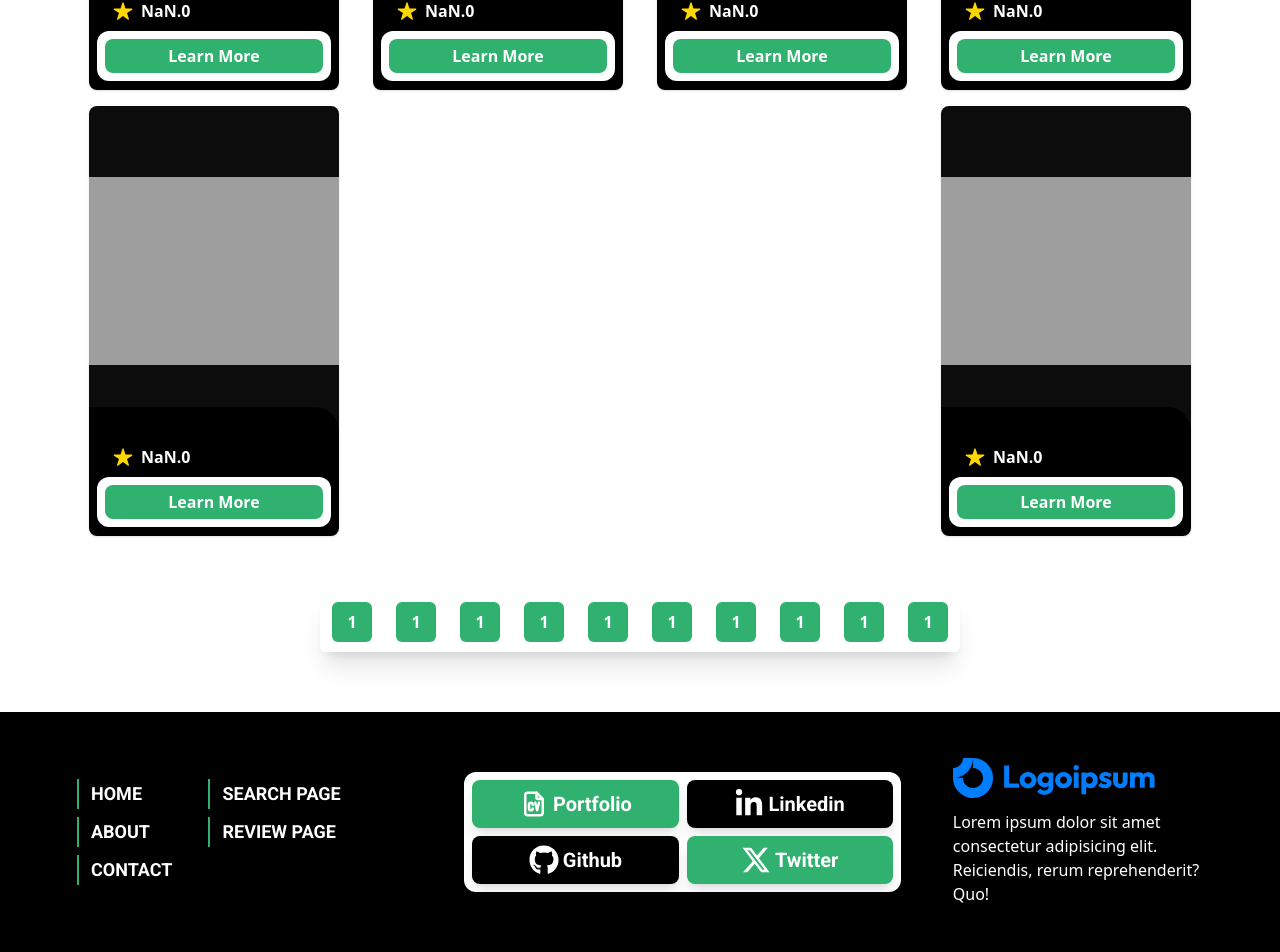
Repository: jayantatech/FrameFlick
Page: /movies
These files come from the project's save history. The page is drawn as it stood at one moment and after a run of saves; the edit follows.
The browser window is 1280 px wide. The pictures show the part of the page from y = 1136 to 2088 px (the page is 2088 px tall).
Pictures or frames that could not be fetched are drawn as grey boxes. The page's requests for data from a server got no answer. The project was rebuilt for these pictures with package versions that can differ from the ones it lists, and the page was loaded fresh each time. No one was signed in, and anything a server would have sent is missing. Also part of the build but not shown: vite.config.js, src/components/header/SearchBar.jsx, src/components/sliderComponent/button.css, src/components/sliderComponent/SliderComponent.jsx, src/pages/home/comingAttractions/ComingAttractions.jsx, src/pages/home/currentFavorites/CurrentFavorites.jsx, src/pages/home/movieGenres/MovieGenres.jsx, src/components/responsiveTitle/responsiveTitle.jsx and 11 more.

Above is the page before, as saved 2024-02-13 19:12:45.

### index.html
<!doctype html>
<html lang="en">

<head>
  <meta charset="UTF-8" />
  <link rel="icon" type="image/svg+xml" href="/vite.svg" />
  <meta name="viewport" content="width=device-width, initial-scale=1.0" />
  <link
    href="https://fonts.googleapis.com/css?family=Roboto:100,100italic,300,300italic,regular,italic,500,500italic,700,700italic,900,900italic"
    rel="stylesheet" />
  <link
    href="https://fonts.googleapis.com/css?family=Poppins:100,100italic,200,200italic,300,300italic,regular,italic,500,500italic,600,600italic,700,700italic,800,800italic,900,900italic"
    rel="stylesheet" />
  <title>Vite + React</title>
</head>

<body>
  <div id="root"></div>
  <script type="module" src="/src/main.jsx"></script>
</body>

</html>

### src/main.jsx
import React from "react";
import ReactDOM from "react-dom/client";
import App from "./App.jsx";
import "./index.css";
import { Provider } from "react-redux";
import store from "./store/Store.js";

ReactDOM.createRoot(document.getElementById("root")).render(
  <React.StrictMode>
    <Provider store={store}>
      <App />
    </Provider>
  </React.StrictMode>
);

### src/App.jsx
import React, { useEffect } from "react";
import ContentWrapper from "./components/contentWrapper/ContentWrapper";
import Header from "./components/header/Header";
import SearchBar from "./components/header/SearchBar";
import { fetchDataFromApi } from "./Utils/api";
import { useDispatch, useSelector } from "react-redux";
import { setFilmGenres, setUrl } from "./store/HomeSlice";
import Home from "./pages/home/Home";
import fetchData from "./components/hooks/fetchData";
import VideoPopBox from "./components/videoPopBox/VideoPopBox";
import Footer from "./components/footer/Footer";
import ReviewPage from "./pages/reviewPage/ReviewPage";
import { BrowserRouter, Route, Routes } from "react-router-dom";
import MoviePage from "./pages/moviePage/MoviePage";

/*
main green color - #58DAA8
2nd main color - #30b170
light green color - #E6FFF8
deep Green color - #409E7A
deep Green color 2 - #5EBEA3

*/

const App = () => {
  const { data, loading } = fetchData("configuration");

  const dispatch = useDispatch();
  useEffect(() => {
    dispatch(setUrl(`${data?.images.secure_base_url + "original"}`));
  }, [data]);

  const { data: genresData, loading: genresLoading } = fetchData(
    `genre/movie/list?language=en`
  );
  useEffect(() => {
    dispatch(setFilmGenres(genresData && genresData?.genres));
  }, [genresData]);

  return (
    <BrowserRouter>
      <VideoPopBox />
      <Header />
      <Routes>
        <Route path="/" element={<Home />} />
        <Route path="/review/:film/:id" element={<ReviewPage />} />
        <Route path="/movies" element={<MoviePage />} />
      </Routes>
      {/* <div className=" w-full h-[800px]"></div> */}
      <Footer />
    </BrowserRouter>
  );
};

export default App;

### src/components/contentWrapper/ContentWrapper.jsx
import React from "react";

const ContentWrapper = ({ children }) => {
  return <div className="w-full max-w-[1158px] mx-auto px-4">{children}</div>;
};

export default ContentWrapper;

### src/components/hooks/fetchData.jsx
import React, { useEffect, useState } from "react";
import { fetchDataFromApi } from "../../Utils/api";

const fetchData = (url) => {
  const [data, setData] = useState(null);
  const [loading, setLoading] = useState(null);
  const [error, setError] = useState(null);

  useEffect(() => {
    setLoading(true);
    setData(null);
    setError(null);
    fetchDataFromApi(url)
      .then((res) => {
        if (res?.status === 404) {
          throw new Error("Videos not found for this video");
        } else {
          return res.json();
        }
      })
      .then((data) => {
        setLoading(false);
        setData(data);
      })
      .catch((error) => setError("Something went wrong"));
  }, [url]);

  return { data, loading, error };
};

export default fetchData;

### src/components/videoPopBox/VideoPopBox.jsx
import React, { useEffect, useState } from "react";
import { IoClose } from "react-icons/io5";
import { useDispatch, useSelector } from "react-redux";
import { setVideoPopBox } from "../../store/HomeSlice";
import ReactPlayer from "react-player";

const VideoPopBox = () => {
  const [activeVideo, setActiveVideo] = useState(false);
  const [videoInfo, setVideoInfo] = useState([]);
  const dispatch = useDispatch();
  const { vidboxOn, vidBoxInfo } = useSelector(
    (state) => state.home.VideoPopBox
  );
  useEffect(() => {
    if (vidboxOn) setActiveVideo(vidboxOn);
    if (vidBoxInfo) setVideoInfo(vidBoxInfo);
  }, [vidboxOn, vidBoxInfo]);

  // useEffect(() => {
  //   if (activeVideo) {
  //     document.body.style.overflow = "hidden";
  //   } else {
  //     document.body.style.overflow = "auto";
  //   }
  // }, [activeVideo]);

  function hideVideoBox() {
    dispatch(setVideoPopBox([{ vidBoxOnPass: false, vidBoxInfoPass: {} }]));
    setActiveVideo(false);
  }

  return (
    <div
      className={` fixed w-screen h-screen top-0 left-0 ${
        activeVideo ? "block z-40" : "hidden -z-0"
      }`}
    >
      <div
        className={` relative top-0 left-0 min-h-screen min-w-screen flex items-center justify-center overflow-hidden`}
      >
        <div
          className=" absolute top-0 left-0 w-full h-full bg-[#000000af]"
          onClick={hideVideoBox}
        ></div>
        <div
          className={`w-[840px] h-[540px] max-lg:w-[660px] max-lg:h-[440px] max-md:w-[360px] max-md:h-[240px] bg-[#fff] shadow-xl rounded-xl py-4 px-4 relative transition-all duration-300 ${
            activeVideo ? "translate-y-[0%]" : "translate-y-[150%]"
          }`}
        >
          <div
            className=" w-[50px] h-[50px] bg-[#30B170] hover:bg-[#58DAA8] text-black hover:text-gray-600  absolute -top-5 -right-5 rounded-full flex items-center justify-center text-4xl cursor-pointer"
            onClick={hideVideoBox}
          >
            <IoClose />
          </div>
          <div className=" w-full h-full bg-black">
            {videoInfo && (
              <ReactPlayer
                url={`https://www.youtube.com/watch?v=${videoInfo?.key}`}
                width={"100%"}
                height={"100%"}
              />
            )}
          </div>
        </div>
      </div>
    </div>
  );
};

export default VideoPopBox;

### src/pages/moviePage/MoviePage.jsx
import React from "react";
import HeroMovie from "./heroMovie/HeroMovie";
import AllMovies from "./allMovies/AllMovies";

const MoviePage = () => {
  return (
    <div>
      <HeroMovie />
      <AllMovies />
    </div>
  );
};

export default MoviePage;

### src/pages/moviePage/heroMovie/HeroMovie.jsx
import React, { useEffect, useState } from "react";
import MyImage from "../../../components/myImage/MyImage";
import fetchData from "../../../components/hooks/fetchData";
import { useSelector } from "react-redux";
import MovieHeroInfo from "../../../components/movieHeroInfo/MovieHeroInfo";

const HeroMovie = () => {
  const [storeGen, setStoreGen] = useState([]);
  const [filmInfo, setFilmInfo] = useState([]);
  const [storeRendom, setStoreRendom] = useState(null);
  const { data, loading } = fetchData(`trending/movie/week`);
  const { url, filmGenres } = useSelector((state) => state.home);

  useEffect(() => {
    let rendomData;
    if (data?.results) {
      const genRanNum = Math.floor(Math.random() * 19);
      rendomData = data?.results[genRanNum];
      setStoreRendom(rendomData);
      console.log(data);
    }
  }, [data]);

  // let testData = storeRendom && storeRendom;
  let movieHeroData = storeRendom && storeRendom;
  useEffect(() => {
    let storeGenNum = [];
    if (movieHeroData) {
      filmGenres?.forEach((element) => {
        if (movieHeroData?.genre_ids.includes(element?.id)) {
          storeGenNum.push(element);
        }
      });
    }
    setStoreGen(storeGenNum);
  }, [filmGenres, movieHeroData]);
  console.log(storeGen);
  return (
    <div className=" w-full h-[590px] max-md:h-[670px] bg-black relative">
      <div className=" w-full h-full bg-[#0000005d] absolute top-0 left-0 z-10"></div>
      <div className=" overflow-hidden w-full h-full absolute top-0 left-0 z-0 ">
        <MyImage
          src={`${url}${!loading && movieHeroData?.backdrop_path}`}
          className={"max-lg:scale-150 max-md:scale-[4]"}
        />
      </div>
      <MovieHeroInfo movieHeroData={movieHeroData} storeGen={storeGen} />
    </div>
  );
};

export default HeroMovie;

### src/pages/moviePage/allMovies/AllMovies.jsx
import React from "react";
import ContentWrapper from "../../../components/contentWrapper/ContentWrapper";
import FilmCard from "../../../components/filmCard/FilmCard";

const AllMovies = () => {
  return (
    <div>
      <ContentWrapper>
        <div className=" py-[60px] px-3">
          <div className=" py-3">
            <h2 className=" capitalize text-3xl font-[Roboto] font-bold">
              our Movie suggestions
            </h2>
          </div>
          <div className=" w-full h-auto flex py-6 flex-row flex-wrap gap-4 items-center justify-between">
            <FilmCard />
            <FilmCard />
            <FilmCard />
            <FilmCard />
            <FilmCard />
            <FilmCard />
          </div>
          <div className=" w-full h-auto flex items-center justify-center pt-8">
            <div className=" w-fit px-3 h-[60px] bg-[#fff] shadow-xl rounded-md flex items-center justify-center gap-6">
              <div className=" w-[40px] h-[40px] bg-[#30B170] text-white rounded-md flex items-center justify-center font-semibold">
                1
              </div>
              <div className=" w-[40px] h-[40px] bg-[#30B170] text-white rounded-md flex items-center justify-center font-semibold">
                1
              </div>
              <div className=" w-[40px] h-[40px] bg-[#30B170] text-white rounded-md flex items-center justify-center font-semibold">
                1
              </div>
              <div className=" w-[40px] h-[40px] bg-[#30B170] text-white rounded-md flex items-center justify-center font-semibold">
                1
              </div>
              <div className=" w-[40px] h-[40px] bg-[#30B170] text-white rounded-md flex items-center justify-center font-semibold">
                1
              </div>
              <div className=" w-[40px] h-[40px] bg-[#30B170] text-white rounded-md flex items-center justify-center font-semibold">
                1
              </div>
              <div className=" w-[40px] h-[40px] bg-[#30B170] text-white rounded-md flex items-center justify-center font-semibold">
                1
              </div>
              <div className=" w-[40px] h-[40px] bg-[#30B170] text-white rounded-md flex items-center justify-center font-semibold">
                1
              </div>
              <div className=" w-[40px] h-[40px] bg-[#30B170] text-white rounded-md flex items-center justify-center font-semibold">
                1
              </div>
              <div className=" w-[40px] h-[40px] bg-[#30B170] text-white rounded-md flex items-center justify-center font-semibold">
                1
              </div>
            </div>
          </div>
        </div>
      </ContentWrapper>
    </div>
  );
};

export default AllMovies;

### src/components/myImage/MyImage.jsx
import React from "react";
import { LazyLoadImage } from "react-lazy-load-image-component";
import "react-lazy-load-image-component/src/effects/blur.css";

const MyImage = ({ src, className, alt }) => (
  <div className=" w-full min-h-full flex items-center justify-center overflow-hidden bg-contain">
    <LazyLoadImage
      alt={alt ? alt : "Frameflick"}
      src={src}
      effect="blur"
      width={"100%"}
      height={"100%"}
      className={`${className}`}
    />
  </div>
);

export default MyImage;

### src/components/movieHeroInfo/MovieHeroInfo.jsx
import React, { useEffect, useState } from "react";
import { IoIosStar } from "react-icons/io";
import ContentWrapper from "../contentWrapper/ContentWrapper";
import GenresCard from "../genresCard/GenresCard";
import BothButton from "../bothButton/BothButton";
import ResponsiveTitle from "../responsiveTitle/responsiveTitle";
import ResponsiveText from "../responsiveText/ResponsiveText";
import RattingBox from "../rattingBox/RattingBox";
import DateBox from "../dateBox/DateBox";

const MovieHeroInfo = ({ movieHeroData, storeGen }) => {
  const [storeSlice, setStoreSlice] = useState(null);
  useEffect(() => {
    const slicGen = storeGen && storeGen?.slice(0, 3);
    setStoreSlice(slicGen);
  }, [storeGen]);

  console.log(storeGen);
  return (
    <ContentWrapper>
      <div className=" relative top-0 left-0 w-full h-[590px] max-md:h-[670px] flex items-end justify-center py-4 z-20">
        <div className=" w-full min-h-[270px] max-lg:min-h-[270px] max-md:min-h-[470px] rounded-lg  bg-[#636262] backdrop-filter backdrop-blur-sm bg-opacity-60 p-4 max-lg:px-2 flex flex-row gap-2 max-md:flex-col">
          <div className=" md:w-3/6">
            <h2 className=" text-3xl font-[Roboto] font-bold text-white min-h-[40px]">
              {movieHeroData?.original_title}
            </h2>
            {/* <ResponsiveTitle data={testData} /> */}
            <div className=" w-full h-[40px]  my-2 flex items-center flex-row gap-2 px-2">
              <DateBox data={movieHeroData} />
              <RattingBox data={movieHeroData} />
            </div>
            {
              <div className=" w-full h-[60px] max-md:h-[80px] max-lg:h-[90px] flex items-center justify-start px-2 flex-row gap-2">
                <ResponsiveText data={movieHeroData} upTo={15} />
              </div>
            }
            <div className=" px-2 py-3 flex items-center justify-center gap-2 flex-row">
              <BothButton data={movieHeroData} />
            </div>
          </div>
          <div className=" md:w-3/6 max-h-[210px] max-lg:max-h-[240px] max-md:min-h-[240px] px-3 py-3 flex items-center justify-start gap-6 max-lg:gap-3 flex-wrap flex-col">
            <div className=" w-full py-1 bg-[#000] text-white text-center rounded-md">
              <span className=" font-[Roboto] font-semibold text-lg">
                {" "}
                {movieHeroData?.original_title} Genres
              </span>
            </div>
            <div className=" flex items-center justify-center gap-3 flex-wrap flex-row max-md:flex-row ">
              {storeSlice?.map((item, index) => (
                <GenresCard key={index} item={item} />
              ))}
            </div>
          </div>
        </div>
      </div>
    </ContentWrapper>
  );
};

export default MovieHeroInfo;

### src/components/responsiveText/ResponsiveText.jsx
import React from "react";

const ResponsiveText = ({ data, upTo = 20 }) => {
  function getTheDescription(description) {
    const words = description.split(" ").slice(0, upTo).join(" ") + "...";
    return words;
  }
  return (
    <p className=" font-[Poppins] text-lg text-white ">
      {data && getTheDescription(data?.overview)}
    </p>
  );
};

export default ResponsiveText;

### src/components/bothButton/BothButton.jsx
import React from "react";
import { useDispatch } from "react-redux";
import { setVideoPopBox } from "../../store/HomeSlice";
import fetchData from "../hooks/fetchData";
import { useNavigate } from "react-router";

const BothButton = ({ data }) => {
  const { data: newData, loading: newLoading } = fetchData(
    `movie/${data?.id && data?.id}/videos`
  );
  const oneVideo = newData?.results?.filter((item) => item?.key);
  const oneTrailer = oneVideo && oneVideo[0];

  const dispatch = useDispatch();
  const openVideoBox = () => {
    dispatch(
      setVideoPopBox([{ vidBoxOnPass: true, vidBoxInfoPass: oneTrailer }])
    );
  };

  const navigateNew = useNavigate();

  const navigateToNewPage = () => {
    navigateNew(`/review/${"movie"}/${data?.id}`);
  };
  return (
    <>
      <button
        className=" w-full h-[50px] max-lg:h-[40px] bg-[#000] rounded-md text-white font-bold text-2xl font-[Roboto] hover:scale-95 transition-all duration-300 max-lg:text-xl"
        onClick={openVideoBox}
      >
        Trailer
      </button>
      <button
        className=" w-full h-[50px] bg-[#30B170] rounded-md text-white font-bold text-2xl font-[Roboto]  hover:scale-95 transition-all duration-300 max-lg:h-[40px] max-lg:text-xl"
        onClick={navigateToNewPage}
      >
        Learn More
      </button>
    </>
  );
};

export default BothButton;

### src/components/rattingBox/RattingBox.jsx
import React from "react";
import { IoStar } from "react-icons/io5";

const RattingBox = ({ data }) => {
  const averageVote = data && data?.vote_average;

  const votePointer = Number(
    data && data?.vote_average.toString().split(".")[1]
  );

  return (
    <>
      {
        <div className=" text-lg font-extrabold font-[Roboto] flex items-center justify-start gap-2 px-2 py-1 rounded-lg bg-white md:w-[150px]  max-md:w-[50%]">
          Rating:
          <span className=" text-[#ffd700] text-2xl flex items-center justify-center font-bold">
            <IoStar />
          </span>
          {averageVote &&
            votePointer &&
            `${Math.floor(averageVote)}.${
              votePointer ? votePointer.toString().slice(0, 1) : "0"
            }`}
        </div>
      }
    </>
  );
};

export default RattingBox;

### src/components/dateBox/DateBox.jsx
import React from "react";

const DateBox = ({ data }) => {
  function timeFormath(timeTo) {
    const releaseDate = new Intl.DateTimeFormat("en-US", {
      day: "2-digit",
      month: "short",
      year: "2-digit",
    }).format(new Date(timeTo));
    return releaseDate;
  }
  return (
    <div className=" text-lg font-extrabold font-[Roboto] flex items-center justify-start gap-2 px-2 py-1 rounded-lg bg-white md:w-[160px] max-md:w-[50%]">
      Data:
      <span className="font-bold max-md:text-base">
        {data && timeFormath(data?.release_date)}
      </span>
    </div>
  );
};

export default DateBox;

Loaded but not shown: src/index.css (common file); tailwind.config.js (common file); src/store/HomeSlice.js (34 lines, source omitted); src/Utils/api.js (20 lines, source omitted); src/store/Store.js (10 lines, source omitted); src/assets/icons/index.js (3 lines, source omitted); src/components/header/Header.jsx (153 lines, source omitted); src/components/footer/Footer.jsx (83 lines, source omitted); src/components/filmCard/FilmCard.jsx (105 lines, source omitted)

After the next 2 saves:
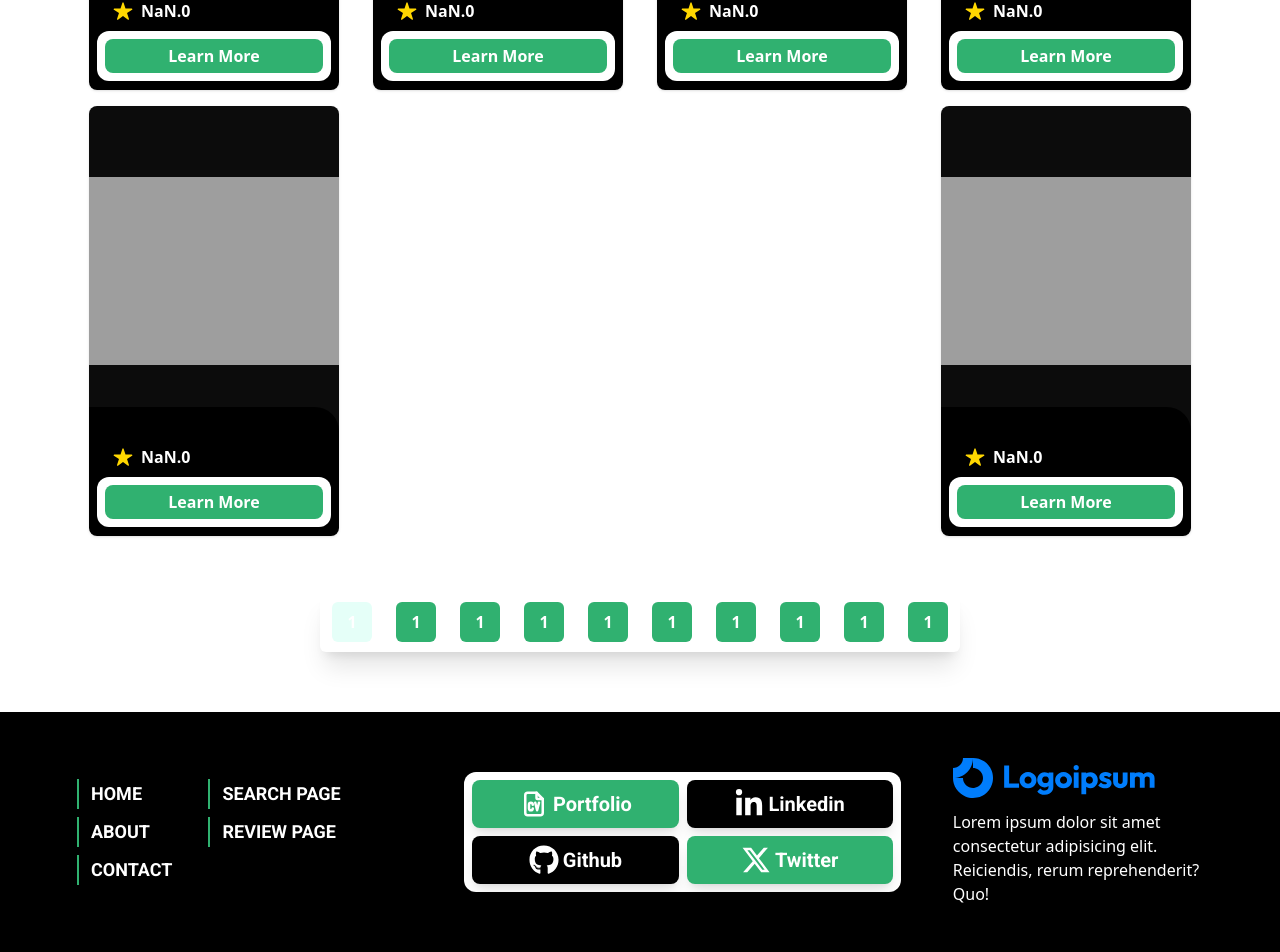
The 2 saves are shown as one change because they came seconds apart.
The last was saved 29 s later.
--- a/src/pages/moviePage/allMovies/AllMovies.jsx
+++ b/src/pages/moviePage/allMovies/AllMovies.jsx
@@ -22,7 +22,7 @@ const AllMovies = () => {
           </div>
           <div className=" w-full h-auto flex items-center justify-center pt-8">
             <div className=" w-fit px-3 h-[60px] bg-[#fff] shadow-xl rounded-md flex items-center justify-center gap-6">
-              <div className=" w-[40px] h-[40px] bg-[#30B170] text-white rounded-md flex items-center justify-center font-semibold">
+              <div className=" w-[40px] h-[40px] bg-[#E5FFF8] text-white rounded-md flex items-center justify-center font-semibold">
                 1
               </div>
               <div className=" w-[40px] h-[40px] bg-[#30B170] text-white rounded-md flex items-center justify-center font-semibold">
